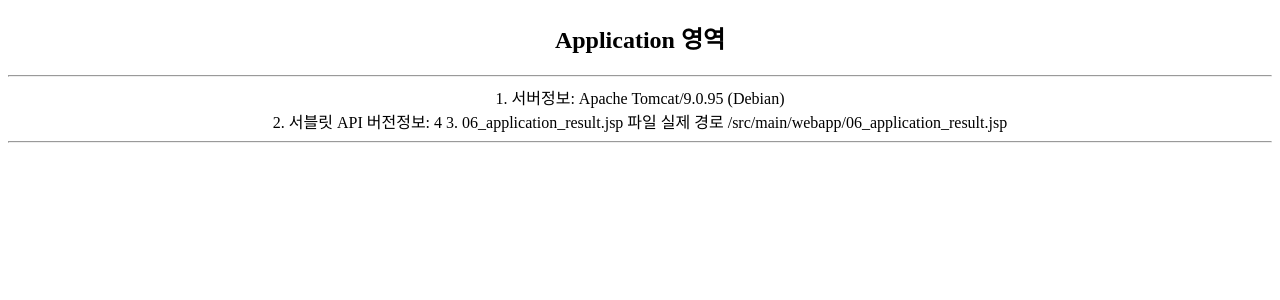
Repository: topblame/Bootcamp
Page: http://localhost/JSP_250408/chapter01/06_application_result.jsp
These files come from the project's save history. The page is drawn as it stood at one moment and after the next save; the edit follows.
The browser window is 1280 px wide. The pictures show the whole page.
The page is served by Tomcat 9. Other server files are loaded and not shown.

Above is the page before, as saved 2025-06-24 08:00:10.

### WebMvc/JSP_250408/src/main/webapp/chapter01/06_application_result.jsp
<%@ page language="java" contentType="text/html; charset=UTF-8"
    pageEncoding="UTF-8"%>
<!DOCTYPE html PUBLIC "-//W3C//DTD HTML 4.01 Transitional//EN" "http://www.w3.org/TR/html4/loose.dtd">
<html>
<head>
<meta http-equiv="Content-Type" content="text/html; charset=UTF-8">
<title>application_result</title>
</head>
<body>
<div align = "center">
<h2>Application 영역</h2>
<hr />
1. 서버정보: <%=application.getServerInfo() %> <br/>
2. 서블릿 API 버전정보: <%=application.getMajorVersion() %>
3. 06_application_result.jsp 파일 실제 경로 <%=application.getRealPath("06_application_result.jsp") %>
<hr />
<%
application.setAttribute("username", "김민석");
application.log("user login : username = 김민석");
application.log("Debug: 현재 세션 상태 = " + session.getAttribute("state"));
application.setAttribute("count", 0);
%>
</div>
</body>
</html>

After the next save:
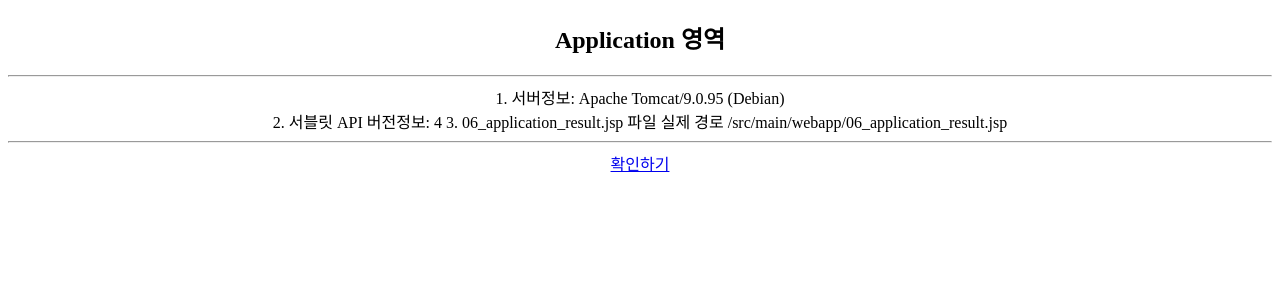
Saved 61 s later.
--- a/WebMvc/JSP_250408/src/main/webapp/chapter01/06_application_result.jsp
+++ b/WebMvc/JSP_250408/src/main/webapp/chapter01/06_application_result.jsp
@@ -20,6 +20,8 @@ application.log("user login : username = 김민석");
 application.log("Debug: 현재 세션 상태 = " + session.getAttribute("state"));
 application.setAttribute("count", 0);
 %>
+
+<a href = "application_result.jsp">확인하기</a>
 </div>
 </body>
 </html>
